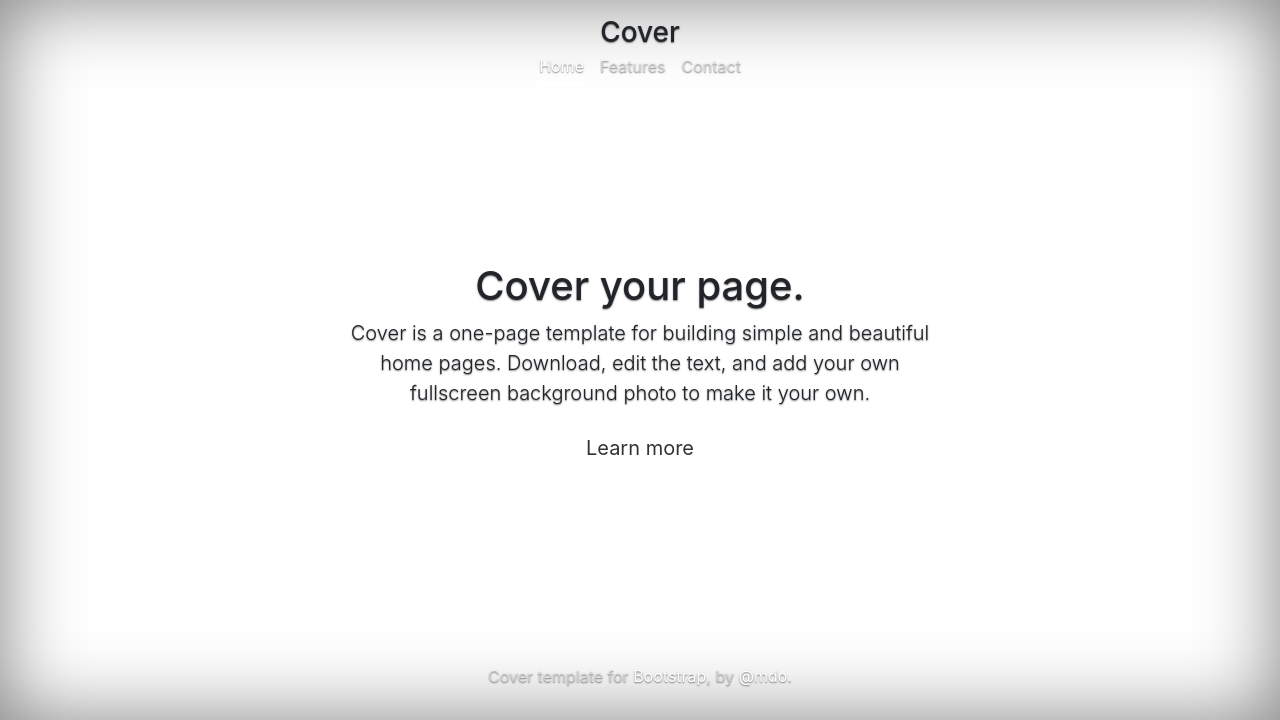
Repository: Shlahla48/zaio-bootstrap-portfolio
Page: index.html
These files come from the project's save history. The page is drawn as it stood at one moment and after a run of saves; the edit follows.
The browser window is 1280 px wide. The pictures show the whole page.

Above is the page before, as saved 2022-10-10 13:00:26.

### index.html
<!doctype html>
<html lang="en" class="h-100">
  <head>
    <meta charset="utf-8">
    <meta name="viewport" content="width=device-width, initial-scale=1">
    <meta name="description" content="">
    <meta name="author" content="Mark Otto, Jacob Thornton, and Bootstrap contributors">
    <meta name="generator" content="Hugo 0.104.2">
    <title>Cover Template · Bootstrap v5.2</title>

    <link rel="canonical" href="https://getbootstrap.com/docs/5.2/examples/cover/">





    <link rel="stylesheet" href="https://cdn.jsdelivr.net/npm/bootstrap@4.6.2/dist/css/bootstrap.min.css" integrity="sha384-xOolHFLEh07PJGoPkLv1IbcEPTNtaed2xpHsD9ESMhqIYd0nLMwNLD69Npy4HI+N" crossorigin="anonymous">
    <style>
      .bd-placeholder-img {
        font-size: 1.125rem;
        text-anchor: middle;
        -webkit-user-select: none;
        -moz-user-select: none;
        user-select: none;
      }

      @media (min-width: 768px) {
        .bd-placeholder-img-lg {
          font-size: 3.5rem;
        }
      }

      .b-example-divider {
        height: 3rem;
        background-color: rgba(0, 0, 0, .1);
        border: solid rgba(0, 0, 0, .15);
        border-width: 1px 0;
        box-shadow: inset 0 .5em 1.5em rgba(0, 0, 0, .1), inset 0 .125em .5em rgba(0, 0, 0, .15);
      }

      .b-example-vr {
        flex-shrink: 0;
        width: 1.5rem;
        height: 100vh;
      }

      .bi {
        vertical-align: -.125em;
        fill: currentColor;
      }

      .nav-scroller {
        position: relative;
        z-index: 2;
        height: 2.75rem;
        overflow-y: hidden;
      }

      .nav-scroller .nav {
        display: flex;
        flex-wrap: nowrap;
        padding-bottom: 1rem;
        margin-top: -1px;
        overflow-x: auto;
        text-align: center;
        white-space: nowrap;
        -webkit-overflow-scrolling: touch;
      }
    </style>


    <!-- Custom styles for this template -->
    <link href="cover.css" rel="stylesheet">
  </head>
  <body class="d-flex h-100 text-center text-bg-dark">

<div class="cover-container d-flex w-100 h-100 p-3 mx-auto flex-column">
  <header class="mb-auto">
    <div>
      <h3 class="float-md-start mb-0">Cover</h3>
      <nav class="nav nav-masthead justify-content-center float-md-end">
        <a class="nav-link fw-bold py-1 px-0 active" aria-current="page" href="#">Home</a>
        <a class="nav-link fw-bold py-1 px-0" href="#">Features</a>
        <a class="nav-link fw-bold py-1 px-0" href="#">Contact</a>
      </nav>
    </div>
  </header>

  <main class="px-3">
    <h1>Cover your page.</h1>
    <p class="lead">Cover is a one-page template for building simple and beautiful home pages. Download, edit the text, and add your own fullscreen background photo to make it your own.</p>
    <p class="lead">
      <a href="#" class="btn btn-lg btn-secondary fw-bold border-white bg-white">Learn more</a>
    </p>
  </main>

  <footer class="mt-auto text-white-50">
    <p>Cover template for <a href="https://getbootstrap.com/" class="text-white">Bootstrap</a>, by <a href="https://twitter.com/mdo" class="text-white">@mdo</a>.</p>
  </footer>
</div>



  </body>
</html>

### cover.css
/*
 * Globals
 */


/* Custom default button */
.btn-secondary,
.btn-secondary:hover,
.btn-secondary:focus {
  color: #333;
  text-shadow: none; /* Prevent inheritance from `body` */
}


/*
 * Base structure
 */

body {
  text-shadow: 0 .05rem .1rem rgba(0, 0, 0, .5);
  box-shadow: inset 0 0 5rem rgba(0, 0, 0, .5);
}

.cover-container {
  max-width: 42em;
}


/*
 * Header
 */

.nav-masthead .nav-link {
  color: rgba(255, 255, 255, .5);
  border-bottom: .25rem solid transparent;
}

.nav-masthead .nav-link:hover,
.nav-masthead .nav-link:focus {
  border-bottom-color: rgba(255, 255, 255, .25);
}

.nav-masthead .nav-link + .nav-link {
  margin-left: 1rem;
}

.nav-masthead .active {
  color: #fff;
  border-bottom-color: #fff;
}

After the next 2 saves:
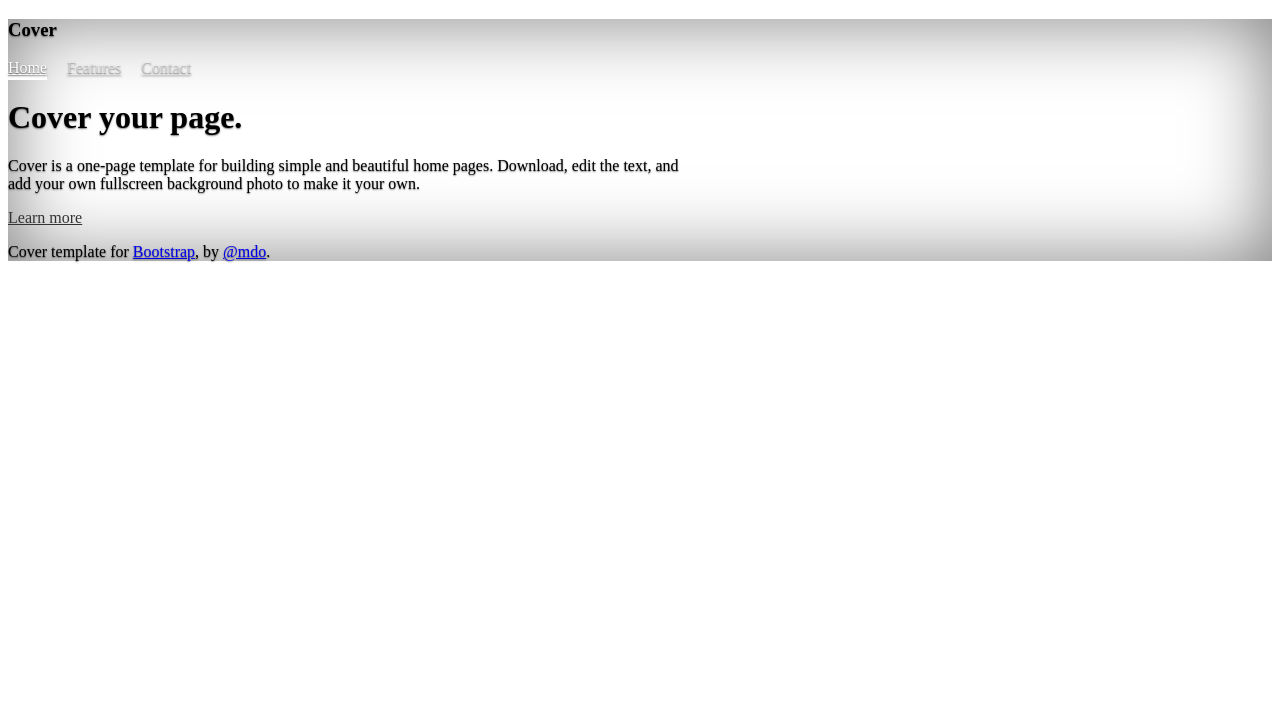
Not found: stylesheet
The 2 saves are shown as one change because they came seconds apart.
The last was saved 10 min 29 s later.
--- a/index.html
+++ b/index.html
@@ -14,7 +14,7 @@
 
 
 
-    <link rel="stylesheet" href="https://cdn.jsdelivr.net/npm/bootstrap@4.6.2/dist/css/bootstrap.min.css" integrity="sha384-xOolHFLEh07PJGoPkLv1IbcEPTNtaed2xpHsD9ESMhqIYd0nLMwNLD69Npy4HI+N" crossorigin="anonymous">
+    <link rel="stylesheet" href="stylesheet" crossorigin="anonymous">
     <style>
       .bd-placeholder-img {
         font-size: 1.125rem;

After the 3 saves that followed:
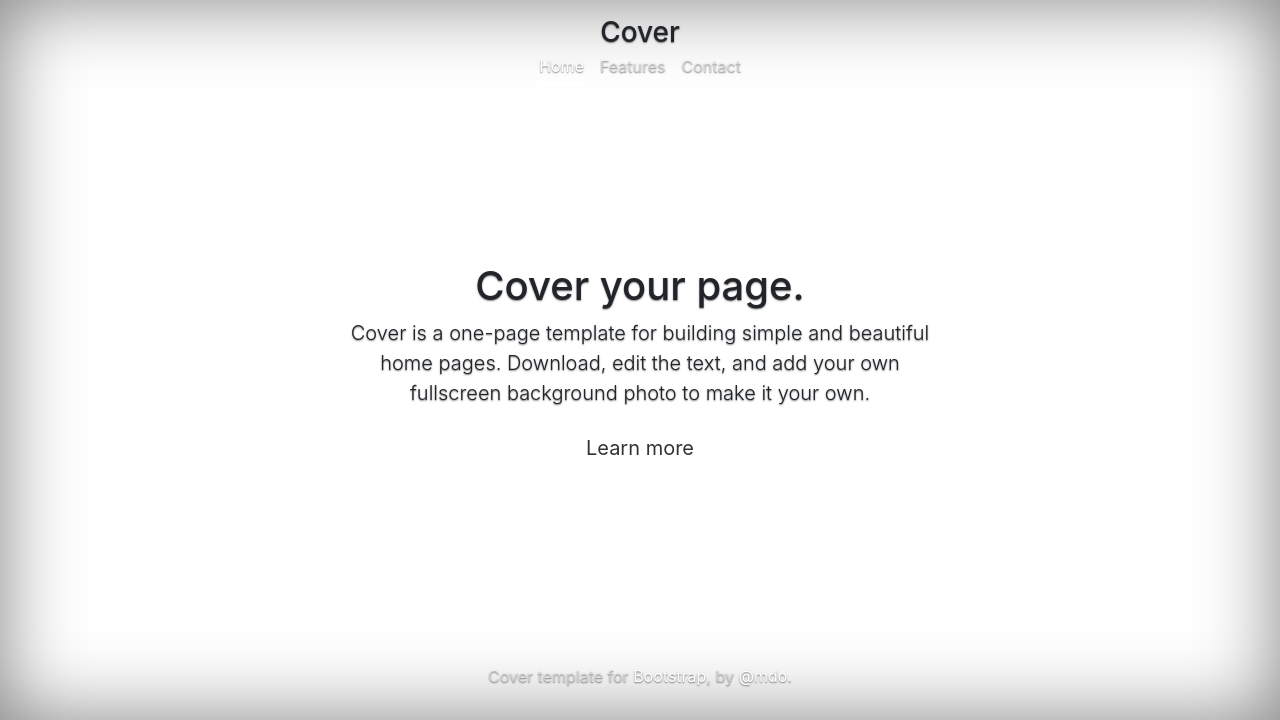
The 3 saves are shown as one change because 2 left the picture as it was.
The last was saved 4 min 20 s later.
--- a/index.html
+++ b/index.html
@@ -14,7 +14,7 @@
 
 
 
-    <link rel="stylesheet" href="stylesheet" crossorigin="anonymous">
+    <link rel="stylesheet" href="https://cdn.jsdelivr.net/npm/bootstrap@4.6.2/dist/css/bootstrap.min.css" integrity="sha384-xOolHFLEh07PJGoPkLv1IbcEPTNtaed2xpHsD9ESMhqIYd0nLMwNLD69Npy4HI+N" crossorigin="anonymous">
     <style>
       .bd-placeholder-img {
         font-size: 1.125rem;
